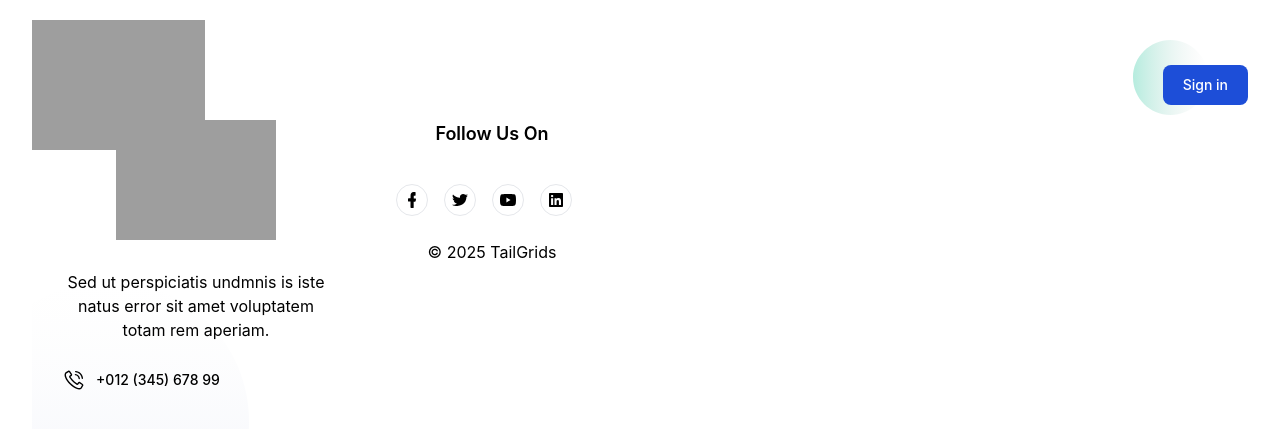
Repository: sayanroychaudhuri/React-One-Page-Ecommerce-Product-List
Page: /
The author's editor kept a copy of each file at every save. The page is drawn from the files as they stood at one save, then again after the next save.
The browser window is 1280 px wide. The pictures show the whole page.
Pictures or frames that could not be fetched are drawn as grey boxes. The page's requests for data from a server got no answer. The project was rebuilt for these pictures with package versions that can differ from the ones it lists, and the page was loaded fresh each time. No one was signed in, and anything a server would have sent is missing.

Above is the page before, as saved 2024-02-01 20:30:35.

After the next save:
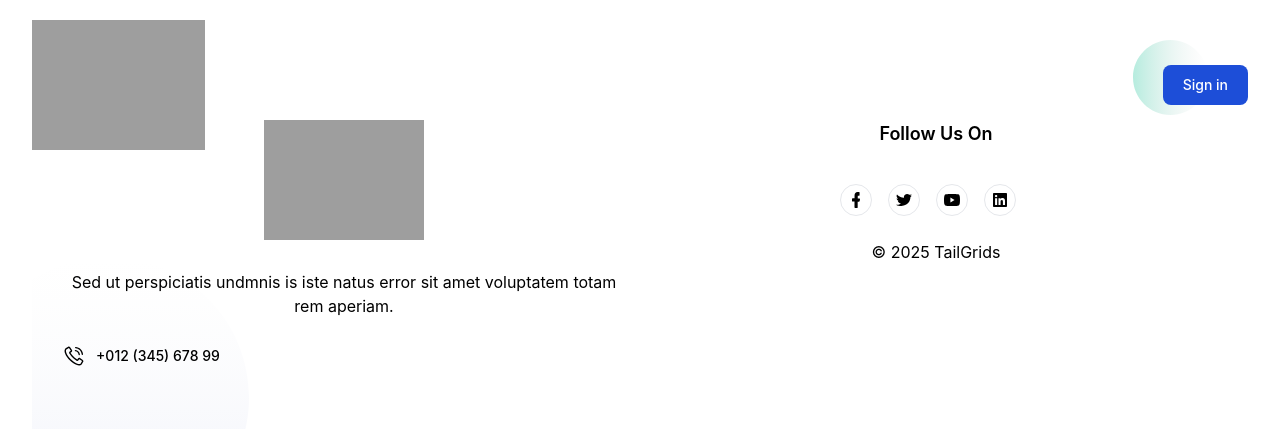
Saved 79 s later.
--- a/src/components/products/Footer.js
+++ b/src/components/products/Footer.js
@@ -6,7 +6,7 @@ const Footer = () => {
       <footer className="relative z-10 bg-white pb-10 pt-20 dark:bg-dark lg:pb-20 lg:pt-[120px]">
         <div className="container">
           <div className="-mx-4 flex flex-wrap">
-            <div className="w-full px-4 sm:w-2/3 lg:w-3/12">
+            <div className="w-full px-4 sm:w-2/3 lg:w-6/12">
               <div className="mb-10 w-full">
                 <a href="/#" className="mb-6 inline-block max-w-[160px]">
                   <img
@@ -59,7 +59,7 @@ const Footer = () => {
               </div>
             </div>
 
-            <div className="w-full px-4 sm:w-1/2 lg:w-3/12">
+            <div className="w-full px-4 sm:w-1/2 lg:w-6/12">
               <div className="mb-10 w-full">
                 <h4 className="mb-9 text-lg font-semibold text-dark dark:text-white">
                   Follow Us On
